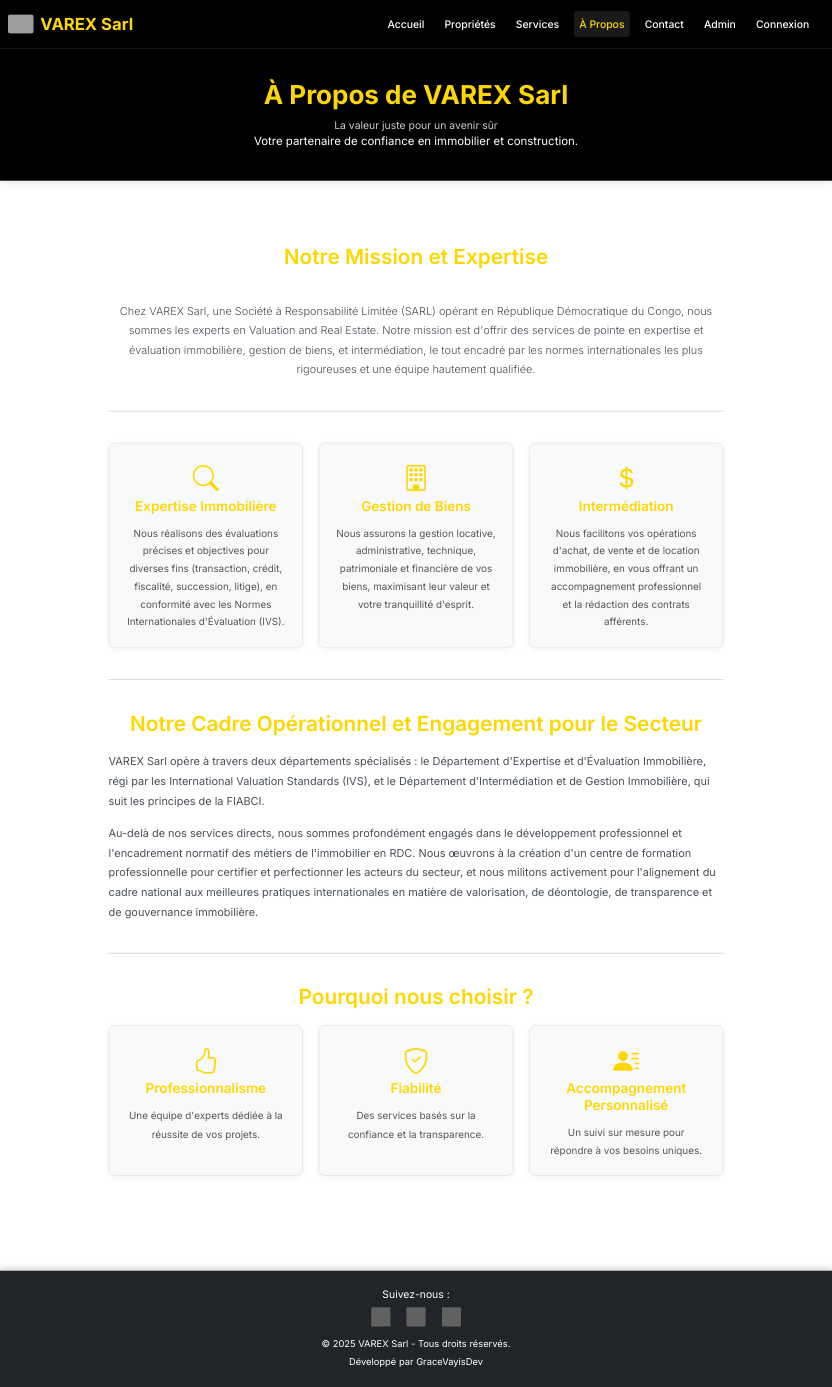
Repository: gradi243/catine
Page: apropos.html
An editor plug-in stored every save of this project. The page is shown before and after a run of saves, followed by the edit.
The browser window is 1280 px wide. The pictures show the whole page, at 65% of full size.
Pictures or frames that could not be fetched are drawn as grey boxes.

Above is the page before, as saved 2025-07-01 00:29:13.

### apropos.html
<!DOCTYPE html>
<html lang="fr">
<head>
    <meta charset="UTF-8">
    <meta name="viewport" content="width=device-width, initial-scale=1.0">
    <title>À Propos - VAREX Sarl</title>
    <!-- Bootstrap CSS via CDN -->
    <link href="https://cdn.jsdelivr.net/npm/bootstrap@5.3.2/dist/css/bootstrap.min.css" rel="stylesheet" xintegrity="sha384-T3c6CoIi6uLrA9TneNEoa7RxnatzjcDSCmG1MXxSR1GAsXEV/Dwwykc2MPK8M2HN" crossorigin="anonymous">
    <!-- Bootstrap Icons via CDN -->
    <link href="https://cdn.jsdelivr.net/npm/bootstrap-icons@1.10.5/font/bootstrap-icons.css" rel="stylesheet">
    <!-- Google Fonts: Inter for a clean, modern look -->
    <link href="https://fonts.googleapis.com/css2?family=Inter:wght@300;400;500;600;700&display=swap" rel="stylesheet">
    <!-- Custom Styles -->
    <style>
        /* Define CSS Variables for the new color palette */
        :root {
            --color-primary-yellow: #FFD700; /* Gold/Yellow */
            --color-secondary-black: #000000; /* Black */
            --color-light-white: #FFFFFF; /* White */
            --color-dark-grey-text: #212529; /* Dark grey for general text */
        }

        body {
            font-family: 'Inter', sans-serif;
            background-color: var(--color-light-white);
            color: var(--color-dark-grey-text);
            display: flex;
            flex-direction: column;
            min-height: 100vh;
        }

        /* Navbar Customization */
        .navbar {
            background-color: var(--color-secondary-black) !important;
            box-shadow: 0 2px 10px rgba(0, 0, 0, 0.2);
            padding-top: 0.75rem;
            padding-bottom: 0.75rem;
        }
        .navbar-brand {
            font-weight: 700;
            font-size: 1.6rem;
            color: var(--color-primary-yellow) !important;
            display: flex;
            align-items: center;
        }
        .navbar-brand #companyLogo {
            width: 40px;
            height: 40px;
            margin-right: 10px;
            display: flex;
            justify-content: center;
            align-items: center;
            flex-shrink: 0;
        }
        .navbar-brand #companyLogo img {
            max-width: 100%;
            max-height: 100%;
            object-fit: contain;
            border-radius: 5px;
        }
        .navbar-nav .nav-link {
            color: var(--color-light-white) !important;
            font-weight: 500;
            margin-right: 15px;
            padding: 8px 12px;
            border-radius: 5px;
            transition: background-color 0.3s ease, color 0.3s ease;
        }
        .navbar-nav .nav-link:hover,
        .navbar-nav .nav-link.active {
            background-color: rgba(255, 255, 255, 0.1);
            color: var(--color-primary-yellow) !important;
        }
        .navbar-toggler {
            border-color: rgba(255, 255, 255, 0.3);
        }
        .navbar-toggler-icon {
            background-image: url("data:[embedded picture, 214 characters]");
        }

        /* Header (Hero Section) Customization */
        header {
            background-color: var(--color-secondary-black) !important;
            color: var(--color-light-white) !important;
            padding: 60px 0; /* Slightly less padding for sub-pages */
            text-align: center;
            box-shadow: 0 4px 15px rgba(0, 0, 0, 0.1);
        }
        header h1 {
            font-size: 2.5rem;
            font-weight: 700;
            color: var(--color-primary-yellow) !important;
            margin-bottom: 10px;
        }
        header p {
            font-size: 1.1rem;
            color: var(--color-light-white);
            max-width: 800px;
            margin: 0 auto;
        }
        header .slogan {
            font-size: 1rem;
            color: #ccc;
            margin-top: 5px;
        }

        /* Section Titles */
        .text-primary {
            color: var(--color-primary-yellow) !important;
        }

        /* About Section Specifics */
        .about-section {
            background-color: var(--color-light-white);
            padding: 50px 0;
        }
        .about-section h2 {
            font-size: 2rem;
            font-weight: 600;
            margin-bottom: 30px;
            color: var(--color-dark-grey-text);
        }
        .about-section p {
            font-size: 1.05rem;
            line-height: 1.8;
            color: #495057;
            margin-bottom: 20px;
        }
        .about-section .card {
            border: 1px solid #e0e0e0;
            border-radius: 10px;
            box-shadow: 0 2px 10px rgba(0, 0, 0, 0.05);
            transition: transform 0.3s ease, box-shadow 0.3s ease;
            background-color: #f8f9fa; /* Light grey background for cards */
        }
        .about-section .card:hover {
            transform: translateY(-5px);
            box-shadow: 0 5px 15px rgba(0, 0, 0, 0.1);
        }
        .about-section .card-body {
            padding: 25px;
        }
        .about-section .card-title {
            color: var(--color-primary-yellow);
            font-size: 1.3rem;
            font-weight: 600;
            margin-bottom: 15px;
        }
        .about-section .card-text {
            font-size: 0.95rem;
            color: #555;
        }
        .about-section .card i {
            font-size: 2.5rem;
            color: var(--color-primary-yellow);
            margin-bottom: 15px;
        }


        /* Footer Customization */
        footer {
            background-color: var(--color-secondary-black) !important;
            color: var(--color-light-white) !important;
            padding: 40px 0;
            margin-top: auto;
            box-shadow: 0 -2px 10px rgba(0, 0, 0, 0.2);
        }
        footer .social-icons a {
            margin: 0 10px;
            display: inline-block;
        }
        footer .social-icons img {
            width: 30px;
            height: 30px;
            filter: invert(100%) sepia(100%) saturate(0%) hue-rotate(285deg) brightness(100%) contrast(100%);
            transition: transform 0.2s ease;
        }
        footer .social-icons img:hover {
            transform: scale(1.1);
        }
        footer p {
            font-size: 0.9rem;
            margin-bottom: 5px;
        }

        /* Responsive adjustments */
        @media (max-width: 768px) {
            header h1 {
                font-size: 2rem;
            }
            header p {
                font-size: 1rem;
            }
            .about-section h2 {
                font-size: 1.8rem;
            }
            .about-section p {
                font-size: 1rem;
            }
        }
        @media (max-width: 576px) {
            .navbar-brand {
                font-size: 1.4rem;
            }
            header {
                padding: 40px 0;
            }
            header h1 {
                font-size: 1.6rem;
            }
            header .slogan {
                font-size: 0.9rem;
            }
        }
    </style>
</head>
<body>

<nav class="navbar navbar-expand-lg navbar-dark">
    <div class="container-fluid">
        <a class="navbar-brand" href="index.html">
            <div id="companyLogo">
                <img src="uploaded:image_c7909d.png-0eca17a6-129b-48e1-83e9-2f74c611cba1" alt="VAREX Sarl Logo">
            </div>
            <strong>VAREX Sarl</strong>
        </a>
        <button class="navbar-toggler" type="button" data-bs-toggle="collapse" data-bs-target="#navbarNav" aria-controls="navbarNav" aria-expanded="false" aria-label="Toggle navigation">
            <span class="navbar-toggler-icon"></span>
        </button>
        <div class="collapse navbar-collapse" id="navbarNav">
            <ul class="navbar-nav ms-auto">
                <li class="nav-item"><a class="nav-link" href="index.html">Accueil</a></li>
                <li class="nav-item"><a class="nav-link" href="categorie.html">Propriétés</a></li>
                <li class="nav-item"><a class="nav-link" href="services.html">Services</a></li>
                <li class="nav-item"><a class="nav-link active" aria-current="page" href="apropos.html">À Propos</a></li>
                <li class="nav-item"><a class="nav-link" href="contact.html">Contact</a></li>
                <li class="nav-item"><a class="nav-link" href="admin/index.html">Admin</a></li>
                <li class="nav-item"><a class="nav-link" href="login.html">Connexion</a></li>
            </ul>
        </div>
    </div>
</nav>

<header class="text-center py-5">
    <h1>À Propos de VAREX Sarl</h1>
    <p class="slogan">La valeur juste pour un avenir sûr</p>
    <p>Votre partenaire de confiance en immobilier et construction.</p>
</header>

<section class="container my-5 about-section">
    <div class="row justify-content-center">
        <div class="col-lg-10">
            <h2 class="text-center text-primary mb-5">Notre Mission et Expertise</h2>
            <p class="text-center lead">
                Chez VAREX Sarl, une Société à Responsabilité Limitée (SARL) opérant en République Démocratique du Congo, nous sommes les experts en Valuation and Real Estate. Notre mission est d'offrir des services de pointe en expertise et évaluation immobilière, gestion de biens, et intermédiation, le tout encadré par les normes internationales les plus rigoureuses et une équipe hautement qualifiée.
            </p>
            <hr class="my-5">
            <div class="row text-center g-4">
                <div class="col-md-4">
                    <div class="card h-100">
                        <div class="card-body">
                            <i class="bi bi-search"></i>
                            <h5 class="card-title">Expertise Immobilière</h5>
                            <p class="card-text">Nous réalisons des évaluations précises et objectives pour diverses fins (transaction, crédit, fiscalité, succession, litige), en conformité avec les Normes Internationales d'Évaluation (IVS).</p>
                        </div>
                    </div>
                </div>
                <div class="col-md-4">
                    <div class="card h-100">
                        <div class="card-body">
                            <i class="bi bi-building"></i>
                            <h5 class="card-title">Gestion de Biens</h5>
                            <p class="card-text">Nous assurons la gestion locative, administrative, technique, patrimoniale et financière de vos biens, maximisant leur valeur et votre tranquillité d'esprit.</p>
                        </div>
                    </div>
                </div>
                <div class="col-md-4">
                    <div class="card h-100">
                        <div class="card-body">
                            <i class="bi bi-currency-dollar"></i>
                            <h5 class="card-title">Intermédiation</h5>
                            <p class="card-text">Nous facilitons vos opérations d'achat, de vente et de location immobilière, en vous offrant un accompagnement professionnel et la rédaction des contrats afférents.</p>
                        </div>
                    </div>
                </div>
            </div>
            <hr class="my-5">
            <h2 class="text-center text-primary mb-4">Notre Cadre Opérationnel et Engagement pour le Secteur</h2>
            <p class="">
                VAREX Sarl opère à travers deux départements spécialisés : le Département d'Expertise et d'Évaluation Immobilière, régi par les International Valuation Standards (IVS), et le Département d'Intermédiation et de Gestion Immobilière, qui suit les principes de la FIABCI.
            </p>
            <p>
                Au-delà de nos services directs, nous sommes profondément engagés dans le développement professionnel et l'encadrement normatif des métiers de l'immobilier en RDC. Nous œuvrons à la création d'un centre de formation professionnelle pour certifier et perfectionner les acteurs du secteur, et nous militons activement pour l'alignement du cadre national aux meilleures pratiques internationales en matière de valorisation, de déontologie, de transparence et de gouvernance immobilière.
            </p>
            <hr class="my-5">
            <h2 class="text-center text-primary mb-4">Pourquoi nous choisir ?</h2>
            <div class="row text-center g-4">
                <div class="col-md-4">
                    <div class="card h-100">
                        <div class="card-body">
                            <i class="bi bi-hand-thumbs-up"></i>
                            <h5 class="card-title">Professionnalisme</h5>
                            <p class="card-text">Une équipe d'experts dédiée à la réussite de vos projets.</p>
                        </div>
                    </div>
                </div>
                <div class="col-md-4">
                    <div class="card h-100">
                        <div class="card-body">
                            <i class="bi bi-shield-check"></i>
                            <h5 class="card-title">Fiabilité</h5>
                            <p class="card-text">Des services basés sur la confiance et la transparence.</p>
                        </div>
                    </div>
                </div>
                <div class="col-md-4">
                    <div class="card h-100">
                        <div class="card-body">
                            <i class="bi bi-person-lines-fill"></i>
                            <h5 class="card-title">Accompagnement Personnalisé</h5>
                            <p class="card-text">Un suivi sur mesure pour répondre à vos besoins uniques.</p>
                        </div>
                    </div>
                </div>
            </div>
        </div>
    </div>
</section>

<footer class="text-center text-white py-4 bg-dark mt-5">
    <div class="mb-2">Suivez-nous :</div>
    <div class="social-icons">
        <a href="#"><img src="https://upload.wikimedia.org/wikipedia/commons/thumb/6/6b/WhatsApp.svg/2048px-WhatsApp.svg.png" alt="WhatsApp" style="filter: invert(100%);"></a>
        <a href="#"><img src="https://upload.wikimedia.org/wikipedia/commons/thumb/7/7e/Gmail_icon_%282020%29.svg/512px-Gmail_icon_%282020%29.svg.png" alt="Gmail" style="filter: invert(100%);"></a>
        <a href="#"><img src="https://upload.wikimedia.org/wikipedia/commons/thumb/b/b8/2021_Facebook_icon.svg/2048px-2021_Facebook_icon.svg.png" alt="Facebook" style="filter: invert(100%);"></a>
    </div>
    <p class="mt-3">&copy; 2025 VAREX Sarl - Tous droits réservés.</p>
    <p>Développé par GraceVayisDev</p>
</footer>

<!-- Bootstrap Bundle JS (includes Popper) -->
<script src="https://cdn.jsdelivr.net/npm/bootstrap@5.3.2/dist/js/bootstrap.bundle.min.js" xintegrity="sha384-C6RzsynM9kWDrMNeT87bh95OGNyZPhcTNXj1NW7RuBCsyN/o0jlpcV8Qyq46cDfL" crossorigin="anonymous"></script>
</body>
</html>

After the next 2 saves:
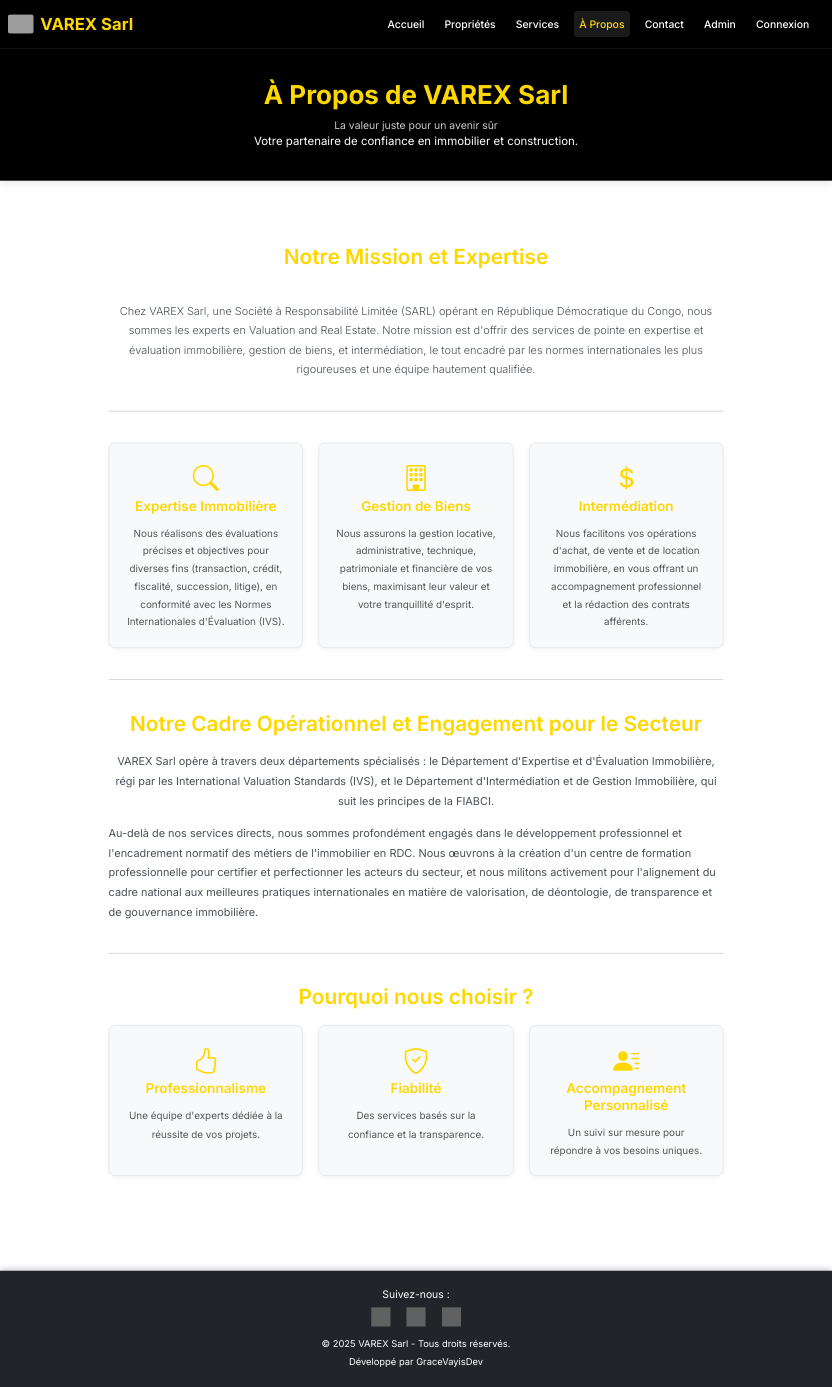
The 2 saves are shown as one change because they came seconds apart.
The last was saved 26 s later.
--- a/apropos.html
+++ b/apropos.html
@@ -286,7 +286,7 @@
             </div>
             <hr class="my-5">
             <h2 class="text-center text-primary mb-4">Notre Cadre Opérationnel et Engagement pour le Secteur</h2>
-            <p class="">
+            <p class="text-center ">
                 VAREX Sarl opère à travers deux départements spécialisés : le Département d'Expertise et d'Évaluation Immobilière, régi par les International Valuation Standards (IVS), et le Département d'Intermédiation et de Gestion Immobilière, qui suit les principes de la FIABCI.
             </p>
             <p>
